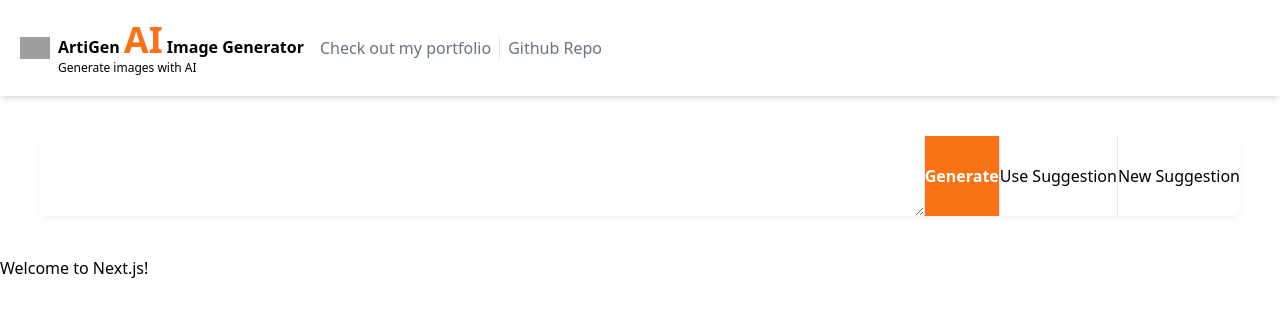
Repository: AlgoHussle/image-generator
Page: /
The author's editor kept a copy of each file at every save. The page is drawn from the files as they stood at one save, then again after a run of saves.
The browser window is 1280 px wide. The pictures show the whole page.
Pictures or frames that could not be fetched are drawn as grey boxes. The project was rebuilt for these pictures with package versions that can differ from the ones it lists, and the page was loaded fresh each time. The framework's server and built-in components were replaced by stand-ins that run in the browser. Also part of the build but not shown: next.config.js.

Above is the page before, as saved 2023-04-26 13:31:21.

### app/layout.tsx
import Header from '@/components/Header'
import PromptInput from '@/components/PromptInput'

import '../styles/globals.css'



export const metadata = {
  title: 'Create Next App',
  description: 'Generated by create next app',
}

export default function RootLayout({
  children,
}: {
  children: React.ReactNode
}) {
  return (
    <html lang="en">
      <body className="">
        <Header />

        {/* Prompt Input */}
        <PromptInput />

        {children}
      </body>
    </html>
  )
}

### app/page.tsx


export default function Home() {
  return (
    <main className="">
      <h1 className="">Welcome to Next.js!</h1>
    </main>
  )
}

### components/Header.tsx
import Image from "next/image"
import logo from "app/logo.png" ;
import Link from "next/link";

function Header() {
  return (
    <header className="flex p-5 justify-between sticky top-0 bg-white z-50 shadow-md">
        {/* Left */}
        <div className="flex space-x-2 items-center">
            <Image
                src="https://links.papareact.com/4t3"
                width={30}
                height={30}
                alt="logo"

            />

            <div>
                <h1 className="font-bold">
                    ArtiGen <span className="text-4xl text-orange-500">AI</span> Image Generator
                </h1>
                <h2 className="text-xs">
                    Generate images with AI
                </h2>
            </div>
            {/* Right*/}
            <div className="flex text-sm md:text-base divide-x items-center text-gray-500">
                <Link
                href="https://mikepage.vercel.app/"
                className="px-2 font-light text-right"
                >
                Check out my portfolio
                </Link>
                <Link
                href="https://github.com/AlgoHussle/image-generator"
                className="px-2 font-light text-right"
                >
                Github Repo
                </Link>
            </div>
        </div>
    </header>
  )
}

export default Header

### components/PromptInput.tsx

function PromptInput() {
  return (
    <div className="m-10">
        <form className="flex flex-col lg:flex-row shadow-md shadow-slate-400/10 rounded-md lg:divide-x">
            <textarea className="flex-1 p-4 outline-none rounded-md" />
            <button className="bg-orange-500 text-white transition-colors
            duration-200 font-bold disabled:text-gray-300 disabled:cursor-not-allowed disabled:bg-gray-400"
            >
                Generate
            </button>
            <button className="">Use Suggestion</button>
            <button>New Suggestion</button>
        </form>
    </div>
  )
}

export default PromptInput

### tailwind.config.js
/** @type {import('tailwindcss').Config} */
module.exports = {
  content: [
    './pages/**/*.{js,ts,jsx,tsx,mdx}',
    './components/**/*.{js,ts,jsx,tsx,mdx}',
    './app/**/*.{js,ts,jsx,tsx,mdx}',
  ],
  theme: {
    extend: {
      backgroundImage: {
        'gradient-radial': 'radial-gradient(var(--tw-gradient-stops))',
        'gradient-conic': 'conic-gradient(from 180deg at 50% 50%, var(--tw-gradient-stops))',
        'linear-gradient': 'linear-gradient(to right, rgb(134, 239, 172), rgb(59, 130, 246), rgb(147, 51, 234))',
      },
    },
  },
  plugins: [],
}

Loaded but not shown: styles/globals.css (common file)

After the next 2 saves:
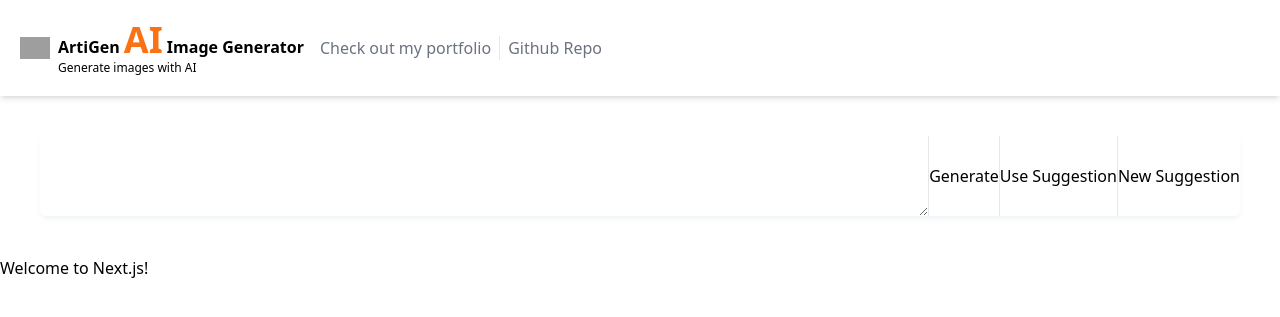
The 2 saves are shown as one change because 1 did not build or start.
The last was saved 33 s later.
--- a/components/PromptInput.tsx
+++ b/components/PromptInput.tsx
@@ -4,8 +4,7 @@ function PromptInput() {
     <div className="m-10">
         <form className="flex flex-col lg:flex-row shadow-md shadow-slate-400/10 rounded-md lg:divide-x">
             <textarea className="flex-1 p-4 outline-none rounded-md" />
-            <button className="bg-orange-500 text-white transition-colors
-            duration-200 font-bold disabled:text-gray-300 disabled:cursor-not-allowed disabled:bg-gray-400"
+            <button className=""
             >
                 Generate
             </button>
